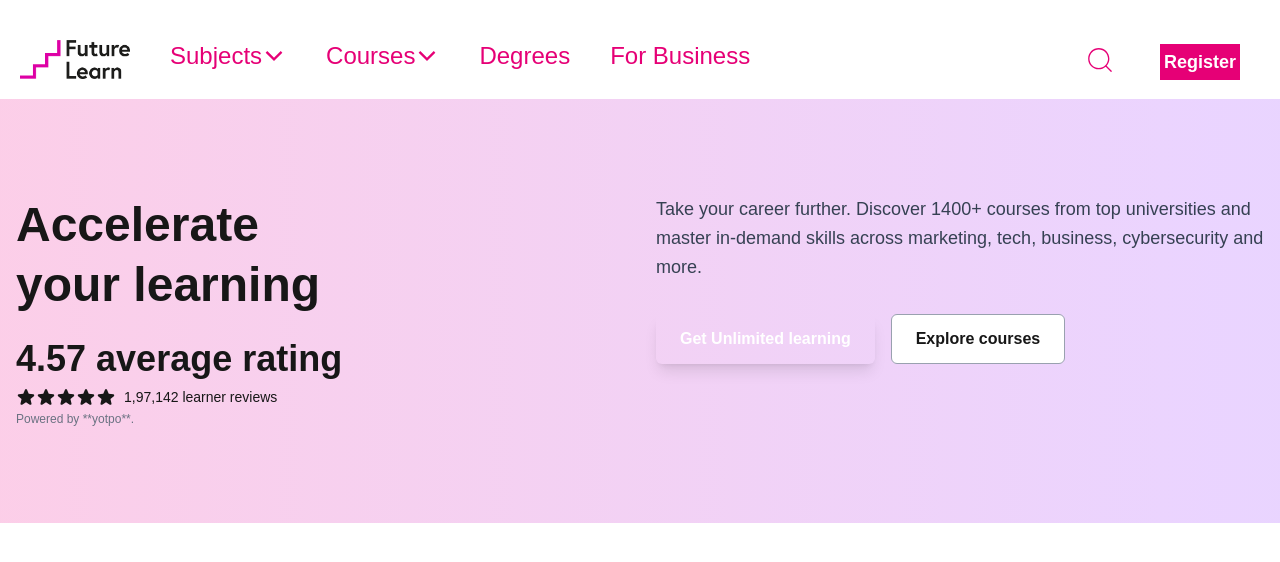
Repository: Aayu0981/Courses-App
Page: / (app in my-app/)
These files come from the project's save history. The page is drawn as it stood at one moment and after a run of saves; the edit follows.
The browser window is 1280 px wide. The pictures show the whole page.
The project was rebuilt for these pictures with package versions that can differ from the ones it lists, and the page was loaded fresh each time. The framework's server and built-in components were replaced by stand-ins that run in the browser. Also part of the build but not shown: my-app/next.config.ts.

Above is the page before, as saved 2025-11-21 14:09:49.

### my-app/app/page.tsx
import Nav from './Components/Nav'
import MidPAges from './Components/MidP'



export default function Home(){

  return(<div>
   <Nav/>
   <MidPAges/>
  </div>)
}

### my-app/app/Components/Nav.tsx
'use client'
import Image from "next/image"
import { CiSearch } from "react-icons/ci";
import Subject from "./Subject";
import Courses from "./Courses";


export default function Nav(){
  return(

<nav className="m-5 mt-10  bg-white   flex    text-xl ">

  {/* Left logo */}
<div className="flex gap-10 text-2xl" >
   <Image src="/F2.png" alt="IconeImage" height={50} width={110}/>
   <Subject />
   <Courses/>
  <span className=" text-pink-600 hover:text-blue-700">Degrees</span>
  <span className=" w-full whitespace-nowrap overflow-visible  text-pink-600 hover:text-blue-700">For Business</span>
</div>

{/* right part of nav */}
<div  className="flex  gap-10 absolute top-1 right-10 mt-10 text-pink-600 ">
  <CiSearch className="h-8 w-10 hover:text-blue-600  text-2xl" />
  <button className=" text-white bg-pink-600 hover:bg-blue-600 font-semibold text-lg px-1 py-1 ">Register</button>
</div>
</nav>


 )

}

### my-app/app/Components/MidP.tsx
// components/HeroSection.js
import React from 'react';
import { StarIcon } from '@heroicons/react/24/solid';

export default function HeroSection() {
  return (
    // 1. बैकग्राउंड ग्रेडिएंट और padding/margin
    <section className="bg-gradient-to-r from-pink-200 to-purple-200 py-16 md:py-24">
      <div className="container mx-auto px-4">


        <div className="grid md:grid-cols-2 gap-8 items-start">

          {/* (Text and Rating) */}
          <div>
            <h1 className="text-4xl md:text-5xl font-extrabold text-futurelearn-purple leading-tight">
              Accelerate<br />your learning
            </h1>


            <div className="mt-6">
              <p className="text-4xl font-semibold text-futurelearn-purple">4.57 average rating</p>

              {/* star */}
              <div className="flex items-center mt-2">
                {[...Array(5)].map((_, i) => (
                  <StarIcon
                    key={i}
                    className={`w-5 h-5 ${i < 4.5 ? 'text-futurelearn-pink' : 'text-gray-300'}`}

                  />
                ))}
                <span className="ml-2 text-futurelearn-purple text-sm">1,97,142 learner reviews</span>
              </div>

              <p className="text-xs mt-1 text-gray-500">Powered by **yotpo**.</p>
            </div>
          </div>

          {/* right coolum */}
          <div className="pt-4 md:pt-0">
            <p className="text-lg text-gray-700 leading-relaxed">
              Take your career further. Discover 1400+ courses
              from top universities and master in-demand skills
              across marketing, tech, business, cybersecurity and
              more.
            </p>

            {/* buttons*/}
            <div className="flex flex-col sm:flex-row space-y-4 sm:space-y-0 sm:space-x-4 mt-8">
              <button className="bg- hover:bg-pink-700 text-white font-semibold py-3 px-6 rounded-md shadow-lg transition duration-300">
                Get Unlimited learning
              </button>
              <button className="bg-white border border-gray-400 hover:border-gray-500 text-futurelearn-purple font-semibold py-3 px-6 rounded-md transition duration-300">
                Explore courses
              </button>
            </div>
          </div>
        </div>
      </div>
    </section>
  );
}

### my-app/app/Components/Subject.tsx
'use client';
import { useState } from "react";

import { IoChevronUpOutline } from "react-icons/io5";

import {IoChevronDownSharp  } from "react-icons/io5";



export default function Subject(){

const[open ,setOpen]=useState(false);


    return(<div className="w-full max-w-sm mx-auto">

    <div onClick={()=>setOpen(!open)} className="flex justify-between items-center cursor-pointer select-none text-pink-600 hover:text-blue-600 text-2xl">
        <span className="">Subjects </span>
        <span className="">{open ? <IoChevronUpOutline />:<IoChevronDownSharp/> }</span>
    </div>

    {open && (
        <ul  className="bg-gray-100 p-3 space-y-2">
            <li>Math</li>
              <li>Math</li>
                <li>Math</li>
        </ul>
    )}
    </div>

);
}

### my-app/app/Components/Courses.tsx
'use client';
import { useState } from "react";

import { IoChevronUpOutline } from "react-icons/io5";

import {IoChevronDownSharp  } from "react-icons/io5";

export default function Courses(){
      const[open ,setOpen]=useState(false);

      return(<div className="w-full max-w-sm mx-auto ">

            <div onClick={()=>setOpen(!open)} className="flex justify-between items-center cursor-pointer select-none  text-pink-600 hover:text-blue-600 text-2xl">
                <span >Courses</span>
                <span>{open ? <IoChevronUpOutline />:<IoChevronDownSharp/> }</span>
            </div>

            {open && (
                <ul  className="bg-gray-100 p-3 space-y-2">
                    <li>Math</li>
                      <li>Math</li>
                        <li>Math</li>
                </ul>
            )}
            </div>

        );
        }

Loaded but not shown: my-app/app/layout.tsx (common file); my-app/app/globals.css (common file)

After the next 2 saves:
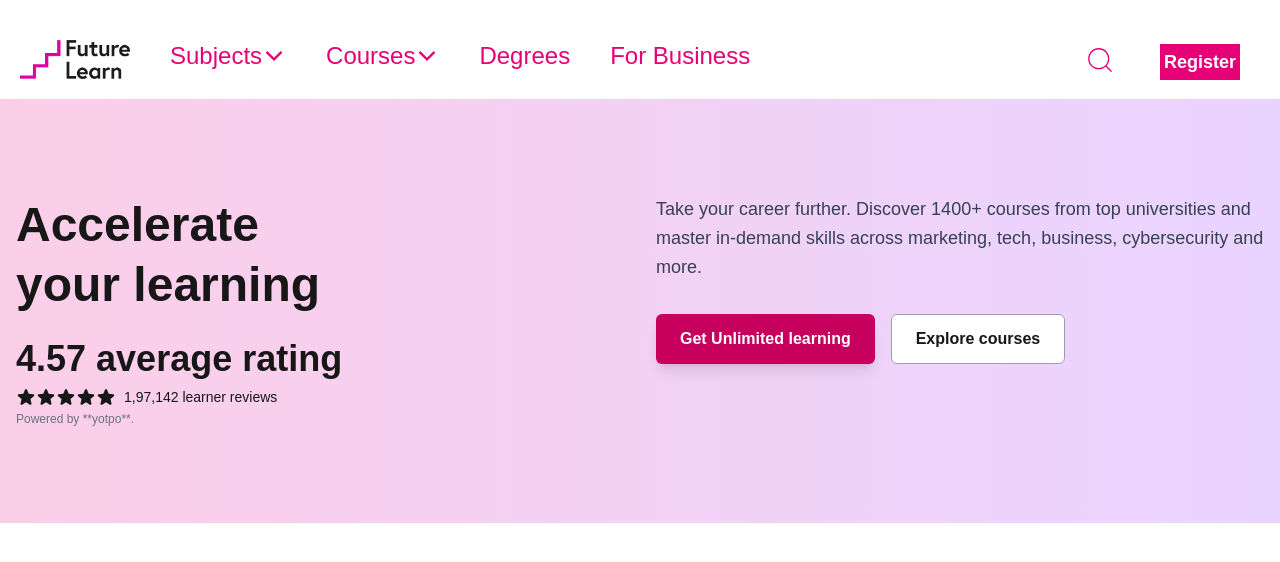
The 2 saves are shown as one change because they came seconds apart.
The last was saved 6 s later.
--- a/my-app/app/Components/MidP.tsx
+++ b/my-app/app/Components/MidP.tsx
@@ -48,7 +48,7 @@
 
             {/* buttons*/}
             <div className="flex flex-col sm:flex-row space-y-4 sm:space-y-0 sm:space-x-4 mt-8">
-              <button className="bg- hover:bg-pink-700 text-white font-semibold py-3 px-6 rounded-md shadow-lg transition duration-300">
+              <button className="bg-pink-700 hover:bg-pink-700 text-white font-semibold py-3 px-6 rounded-md shadow-lg transition duration-300">
                 Get Unlimited learning
               </button>
               <button className="bg-white border border-gray-400 hover:border-gray-500 text-futurelearn-purple font-semibold py-3 px-6 rounded-md transition duration-300">
